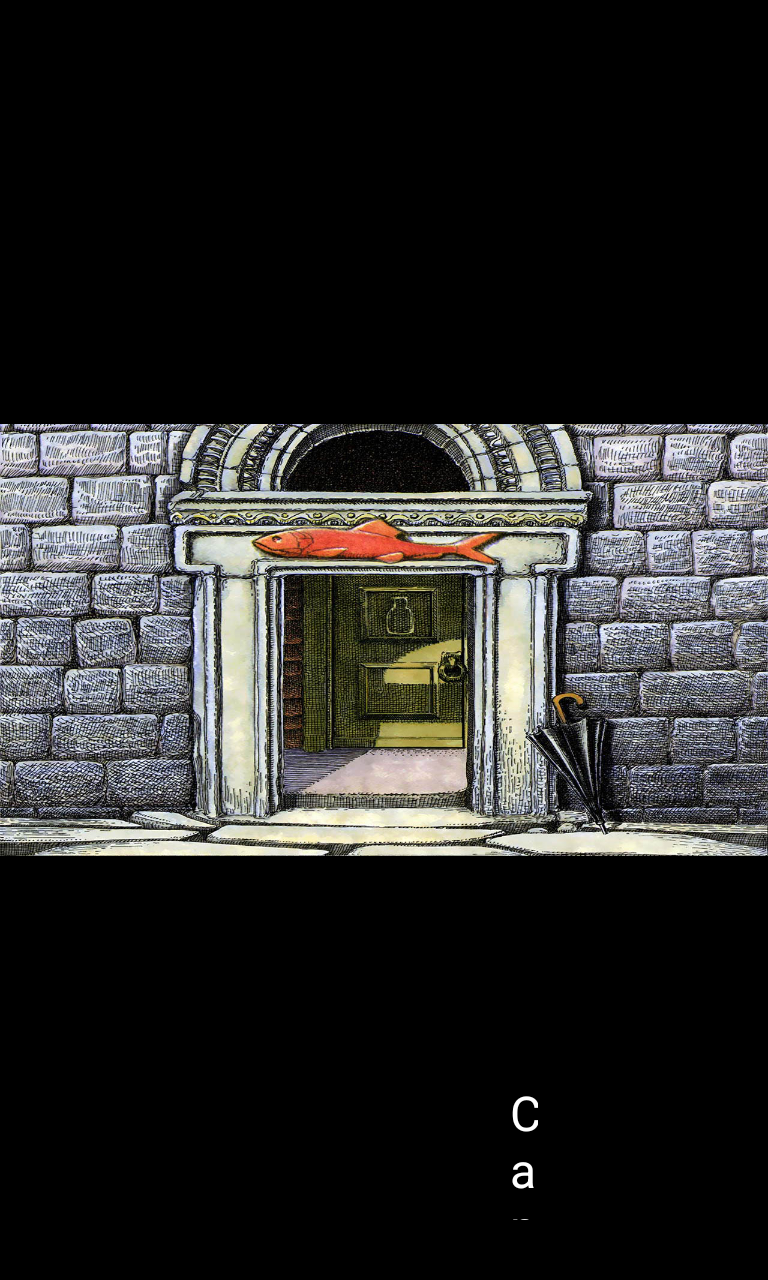
Repository: RandyLedbetter/maze
Layout: MazeTest/res/layout/activity_main.xml
An editor plug-in stored every save of this project. The layout is shown before and after the next save, followed by the edit.
It is drawn on a 768 x 1280 px phone screen (xhdpi) without system bars, with theme android:Theme.NoTitleBar.Fullscreen; the app's code is not run.

Above is the layout before, as saved 2014-04-12 14:19:45.

After the next save:
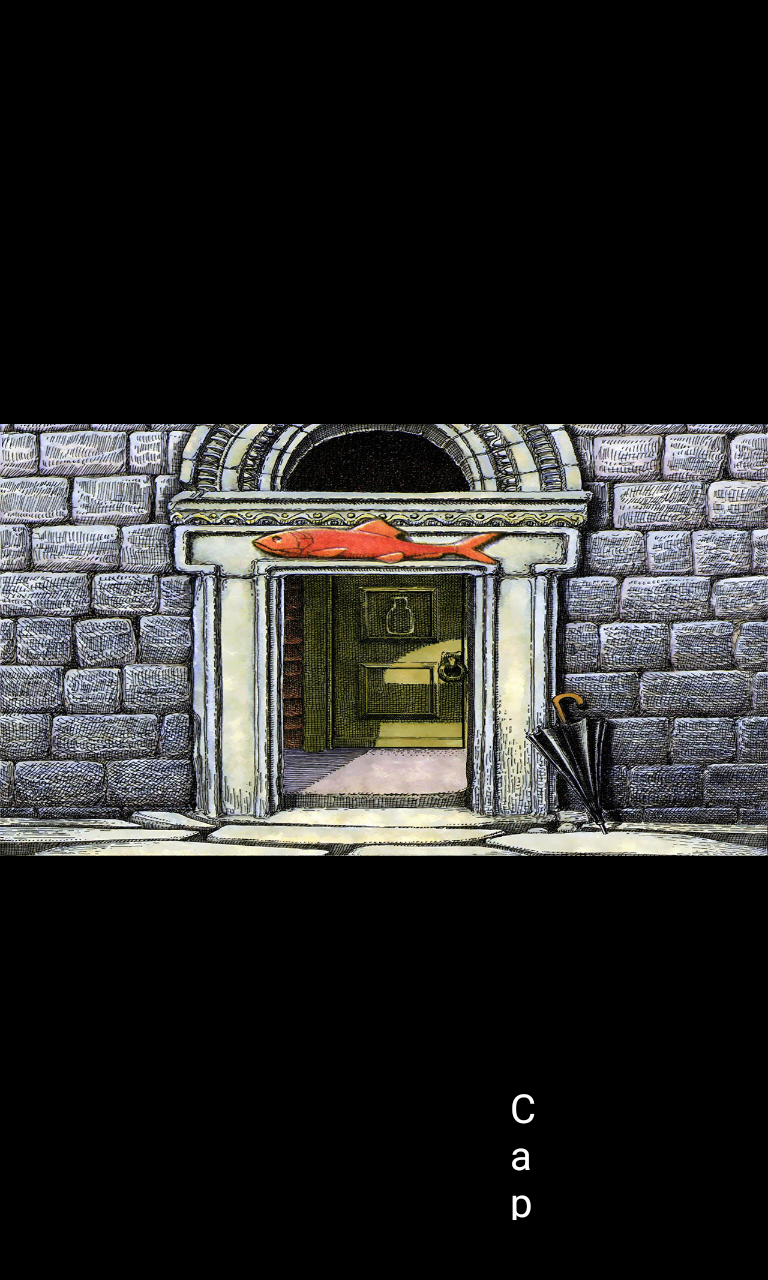
Saved 92 s later.
--- a/MazeTest/res/layout/activity_main.xml
+++ b/MazeTest/res/layout/activity_main.xml
@@ -32,7 +32,7 @@
       android:layout_marginRight="110dp"
       android:layout_marginBottom="25dp"
       android:background="#BB000000"
-      android:textSize="24dp"
+      android:textSize="20dp"
       android:textColor="#FFFFFF"
       android:padding="5dp"
       android:typeface="sans"
